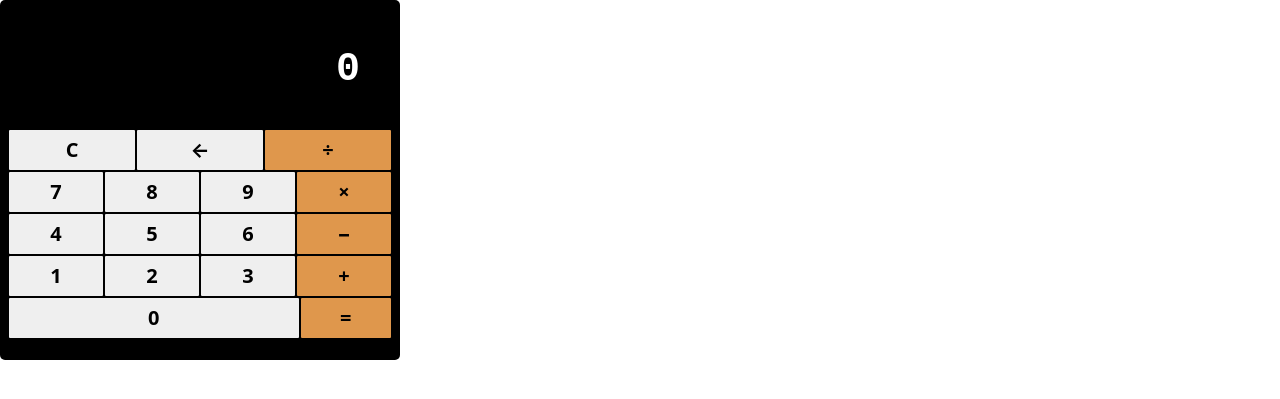
Repository: jgramirez0210/LAB-calculator
Page: index.html
The author's editor kept a copy of each file at every save. The page is drawn from the files as they stood at one save, then again after the next save.
The browser window is 1280 px wide. The pictures show the whole page.

Above is the page before, as saved 2023-10-10 21:32:51.

After the next save:
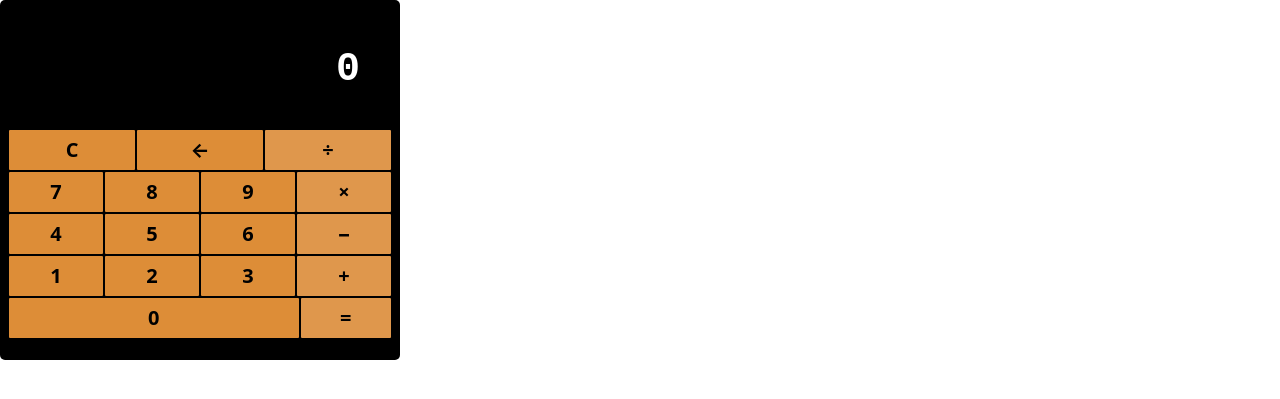
Saved 4 s later.
--- a/main.css
+++ b/main.css
@@ -33,7 +33,7 @@ button {
   margin: 0 1px; /* Added a slight margin for spacing */
   padding: 5px;
   font-size: 20px;
-  background-color: ##dd8d37;
+  background-color: #dd8d37;
   border: none;
   border-radius: 1px;
   transition: background-color 0.3s;
